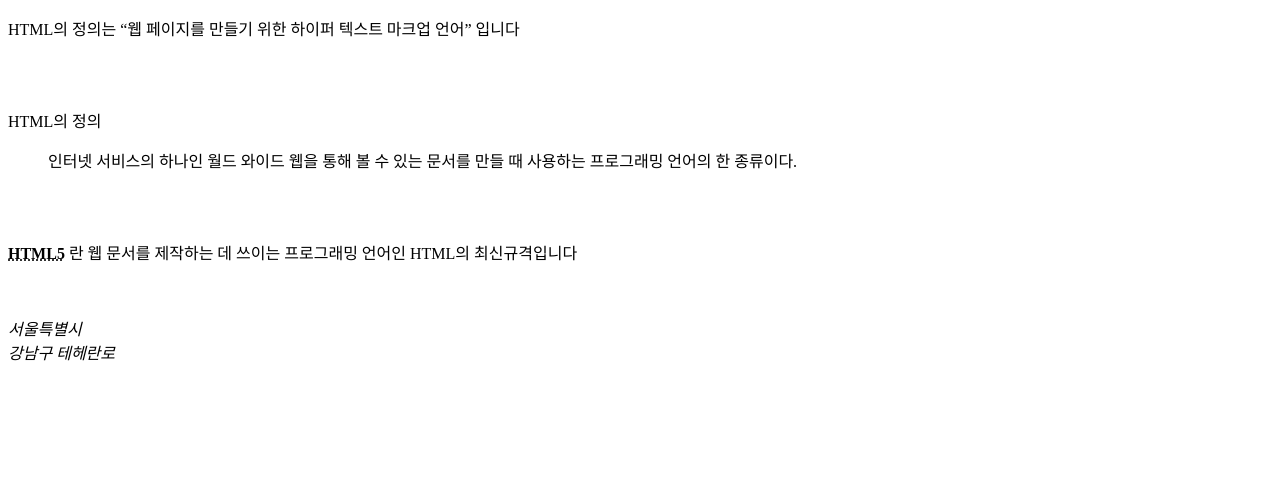
Repository: JaeHyun-Ban/study_html
Page: TCP_HTML/WebContent/ex02_08.html
An editor plug-in stored every save of this project. The page is shown before and after the next save, followed by the edit.
The browser window is 1280 px wide. The pictures show the whole page.

Above is the page before, as saved 2020-08-27 05:37:21.

After the next save:
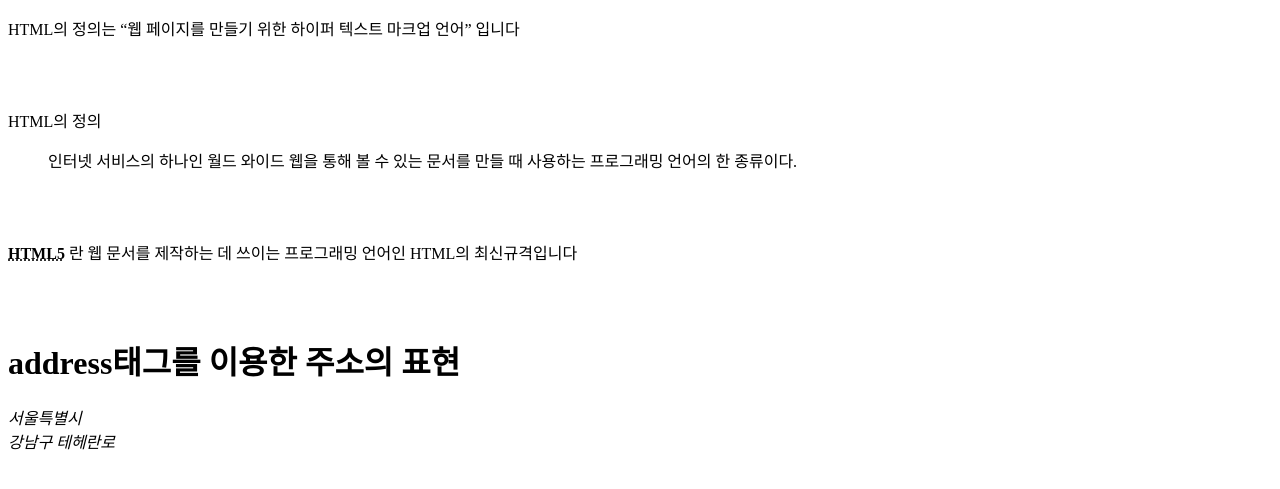
Saved 56 s later.
--- a/TCP_HTML/WebContent/ex02_08.html
+++ b/TCP_HTML/WebContent/ex02_08.html
@@ -25,6 +25,7 @@
 
 	<br><br>
 
+	<h1>address태그를 이용한 주소의 표현</h1>
 	<address>
 		서울특별시<br>
 		강남구 테헤란로
